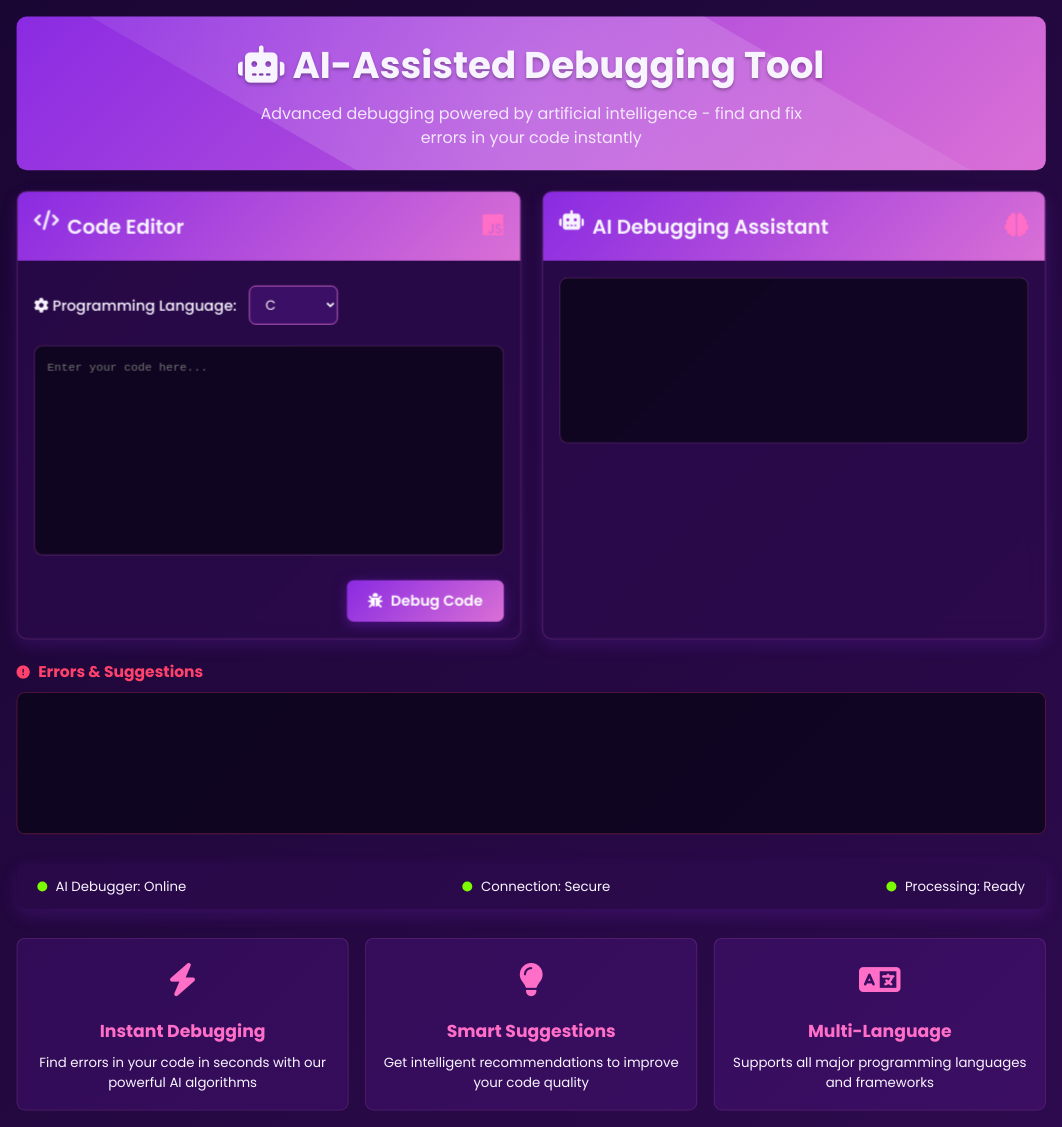
Repository: ujjwalkathait/AI-Asissted_Debugging_tool
Page: Frontend/public/index.html
An editor plug-in stored every save of this project. The page is shown before and after the next save, followed by the edit.
The browser window is 1280 px wide. The pictures show the whole page, at 83% of full size.

Above is the page before, as saved 2025-07-13 23:10:22.

### Frontend/public/index.html
<!DOCTYPE html>
<html lang="en">
<head>
    <meta charset="UTF-8">
    <meta name="viewport" content="width=device-width, initial-scale=1.0">
    <title>AI-Assisted Debugging Tool</title>
    <link href="https://fonts.googleapis.com/css2?family=Poppins:wght@300;400;500;600;700&display=swap" rel="stylesheet">
    <link rel="stylesheet" href="https://cdnjs.cloudflare.com/ajax/libs/font-awesome/6.4.0/css/all.min.css">
    <link rel="stylesheet" href="style.css">
</head>
<body>
    <div class="container">
        <header>
            <h1><i class="fas fa-robot"></i> AI-Assisted Debugging Tool</h1>
            <p>Advanced debugging powered by artificial intelligence - find and fix errors in your code instantly</p>
        </header>

        <div class="main-content">
            <div class="panel">
                <div class="panel-header">
                    <div class="panel-title">
                        <i class="fas fa-code floating"></i>
                        <span>Code Editor</span>
                    </div>
                    <div class="language-icon">
                        <i class="fab fa-js"></i>
                    </div>
                </div>
                <div class="panel-body">
                    <div class="editor-container">
                        <div class="language-selector">
                            <label for="language-select"><i class="fas fa-cog"></i> Programming Language:</label>
                            <select id="language-select">
                                <option>C</option>
                                <option>C++</option>
                                <option>Python</option>
                                <option>Java</option>
                            </select>
                        </div>
                        <textarea class="code-editor" id="code-input" placeholder="Enter your code here..."></textarea>
                        <button class="debug-btn" id="debug-button">
                            <i class="fas fa-bug"></i> Debug Code
                        </button>
                    </div>
                </div>
            </div>

            <div class="panel">
                <div class="panel-header">
                    <div class="panel-title">
                        <i class="fas fa-robot floating"></i>
                        <span>AI Debugging Assistant</span>
                    </div>
                    <div class="language-icon">
                        <i class="fas fa-brain"></i>
                    </div>
                </div>
                <div class="panel-body">
                    <div class="output-container">
                        <div class="ai-output" id="debug-output"></div>

                    </div>
                </div>
            </div>
        </div>
        <div class="error-container">
            <div class="error-header">
                <i class="fas fa-exclamation-circle"></i>
                <h3>Errors & Suggestions</h3>
            </div>
            <div class="error-box" id="error-output"></div>
        </div>

        <div class="status-bar">
            <div class="status-item">
                <div class="status-indicator"></div>
                <span>AI Debugger: Online</span>
            </div>
            <div class="status-item">
                <div class="status-indicator"></div>
                <span>Connection: Secure</span>
            </div>
            <div class="status-item">
                <div class="status-indicator"></div>
                <span>Processing: Ready</span>
            </div>
        </div>

        <div class="feature-grid">
            <div class="feature-card">
                <div class="feature-icon">
                    <i class="fas fa-bolt"></i>
                </div>
                <h3>Instant Debugging</h3>
                <p>Find errors in your code in seconds with our powerful AI algorithms</p>
            </div>
            <div class="feature-card">
                <div class="feature-icon">
                    <i class="fas fa-lightbulb"></i>
                </div>
                <h3>Smart Suggestions</h3>
                <p>Get intelligent recommendations to improve your code quality</p>
            </div>
            <div class="feature-card">
                <div class="feature-icon">
                    <i class="fas fa-language"></i>
                </div>
                <h3>Multi-Language</h3>
                <p>Supports all major programming languages and frameworks</p>
            </div>
        </div>
    </div>

    <script src="script.js"></script>
</body>
</html>

### Frontend/public/style.css
:root {
    --primary: #8A2BE2;
    --secondary: #DA70D6;
    --accent: #FF6EC7;
    --dark: #2D0A4D;
    --light: #F8F4FF;
    --text: #4A2A7C;
    --success: #7CFC00;
    --error: #FF416C;
    --border-radius: 12px;
    --transition: all 0.3s ease;
    --box-shadow: 0 8px 20px rgba(138, 43, 226, 0.2);
    --gradient: linear-gradient(135deg, var(--primary), var(--secondary));
}

* {
    margin: 0;
    padding: 0;
    box-sizing: border-box;
    font-family: 'Poppins', sans-serif;
}

body {
    background: linear-gradient(135deg, #1a0633, #2d0a4d);
    color: var(--light);
    min-height: 100vh;
    padding: 20px;
    display: flex;
    justify-content: center;
    align-items: center;
}

.container {
    width: 100%;
    max-width: 1600px;
    display: flex;
    flex-direction: column;
    gap: 25px;
}

header {
    text-align: center;
    padding: 25px;
    background: var(--gradient);
    border-radius: var(--border-radius);
    box-shadow: var(--box-shadow);
    animation: pulse 3s infinite;
    position: relative;
    overflow: hidden;
}

header::before {
    content: "";
    position: absolute;
    top: -50%;
    left: -50%;
    width: 200%;
    height: 200%;
    background: radial-gradient(circle, rgba(255,255,255,0.2) 0%, rgba(255,255,255,0) 70%);
    transform: rotate(30deg);
}

header h1 {
    font-size: 2.8rem;
    font-weight: 700;
    margin-bottom: 10px;
    text-shadow: 0 2px 4px rgba(0,0,0,0.3);
    position: relative;
}

header p {
    font-size: 1.2rem;
    opacity: 0.9;
    max-width: 700px;
    margin: 0 auto;
    position: relative;
}

.main-content {
    display: flex;
    gap: 25px;
    height: 75vh;
}

.panel {
    background: rgba(45, 10, 77, 0.7);
    backdrop-filter: blur(10px);
    border-radius: var(--border-radius);
    box-shadow: var(--box-shadow);
    overflow: hidden;
    display: flex;
    flex-direction: column;
    border: 1px solid rgba(218, 112, 214, 0.3);
    flex: 1;
}

.panel-header {
    padding: 20px;
    background: var(--gradient);
    display: flex;
    justify-content: space-between;
    align-items: center;
}

.panel-title {
    font-size: 1.5rem;
    font-weight: 600;
    display: flex;
    align-items: center;
    gap: 10px;
}

.panel-body {
    padding: 20px;
    flex: 1;
    display: flex;
    flex-direction: column;
    overflow: hidden;
}

.editor-container {
    flex: 1;
    display: flex;
    flex-direction: column;
    gap: 15px;
}

.language-selector {
    display: flex;
    align-items: center;
    gap: 15px;
    padding: 10px 0;
}

.language-selector label {
    font-size: 1.1rem;
    font-weight: 500;
}

select {
    padding: 10px 15px;
    background: rgba(138, 43, 226, 0.2);
    border: 1px solid var(--secondary);
    border-radius: 8px;
    color: white;
    font-size: 1rem;
    cursor: pointer;
    transition: var(--transition);
    outline: none;
}

select:focus {
    box-shadow: 0 0 0 3px rgba(218, 112, 214, 0.4);
}

.code-editor {
    flex: 1;
    background: rgba(10, 5, 25, 0.8);
    border-radius: 10px;
    border: 1px solid rgba(218, 112, 214, 0.3);
    padding: 15px;
    font-family: 'Courier New', monospace;
    font-size: 14px;
    color: #E6D4FF;
    line-height: 1.5;
    resize: none;
    transition: var(--transition);
}

.code-editor:focus {
    border-color: var(--accent);
    box-shadow: 0 0 0 3px rgba(255, 110, 199, 0.2);
}

.debug-btn {
    padding: 12px 25px;
    background: var(--gradient);
    color: white;
    border: none;
    border-radius: 8px;
    font-size: 1.1rem;
    font-weight: 600;
    cursor: pointer;
    transition: var(--transition);
    display: flex;
    align-items: center;
    justify-content: center;
    gap: 10px;
    margin-top: 15px;
    align-self: flex-end;
    box-shadow: 0 4px 15px rgba(138, 43, 226, 0.4);
}

.debug-btn:hover {
    transform: translateY(-3px);
    box-shadow: 0 6px 20px rgba(138, 43, 226, 0.6);
}

.debug-btn:active {
    transform: translateY(1px);
}

.output-container {
    flex: 1;
    display: flex;
    flex-direction: column;
    gap: 15px;
    overflow: hidden;
}

.ai-output {
    background: rgba(10, 5, 25, 0.8);
    border-radius: 10px;
    border: 1px solid rgba(218, 112, 214, 0.3);
    padding: 15px;
    font-family: 'Courier New', monospace;
    font-size: 14px;
    color: #E6D4FF;
    line-height: 1.5;
    overflow-y: auto;
    height: 200px;
}

.error-container {
    display: flex;
    flex-direction: column;
    gap: 10px;
    height: 210px;
}

.error-header {
    display: flex;
    align-items: center;
    gap: 10px;
    color: var(--error);
}

.error-box {
    background: rgba(10, 5, 25, 0.8);
    border-radius: 10px;
    border: 1px solid rgba(255, 65, 108, 0.3);
    padding: 15px;
    font-family: 'Courier New', monospace;
    font-size: 14px;
    color: #FFA8BA;
    line-height: 1.5;
    overflow-y: auto;
    height: 100%;
}
.error-box pre{
    margin: 0;
    white-space: pre-wrap;
    word-break: break-word;

}
.status-bar {
    display: flex;
    justify-content: space-between;
    padding: 15px 25px;
    background: rgba(45, 10, 77, 0.7);
    border-radius: var(--border-radius);
    box-shadow: var(--box-shadow);
    margin-top: 10px;
}

.status-item {
    display: flex;
    align-items: center;
    gap: 10px;
}

.status-indicator {
    width: 12px;
    height: 12px;
    border-radius: 50%;
    background: var(--success);
}

.status-indicator.error {
    background: var(--error);
}

.language-icon {
    font-size: 1.8rem;
    color: var(--accent);
}

.feature-grid {
    display: grid;
    grid-template-columns: repeat(3, 1fr);
    gap: 20px;
    margin-top: 10px;
}

.feature-card {
    background: rgba(138, 43, 226, 0.15);
    border-radius: 10px;
    padding: 20px;
    text-align: center;
    transition: var(--transition);
    border: 1px solid rgba(218, 112, 214, 0.2);
}

.feature-card:hover {
    transform: translateY(-5px);
    background: rgba(138, 43, 226, 0.25);
    box-shadow: 0 8px 20px rgba(138, 43, 226, 0.3);
}

.feature-icon {
    font-size: 2.5rem;
    color: var(--accent);
    margin-bottom: 15px;
}

.feature-card h3 {
    font-size: 1.3rem;
    margin-bottom: 10px;
    color: var(--accent);
}

/* Animations */
@keyframes pulse {
    0% { box-shadow: 0 0 0 0 rgba(138, 43, 226, 0.6); }
    70% { box-shadow: 0 0 0 15px rgba(138, 43, 226, 0); }
    100% { box-shadow: 0 0 0 0 rgba(138, 43, 226, 0); }
}

@keyframes float {
    0% { transform: translateY(0px); }
    50% { transform: translateY(-10px); }
    100% { transform: translateY(0px); }
}

.floating {
    animation: float 3s ease-in-out infinite;
}

/* Scrollbar styling */
::-webkit-scrollbar {
    width: 8px;
}

::-webkit-scrollbar-track {
    background: rgba(45, 10, 77, 0.3);
    border-radius: 4px;
}

::-webkit-scrollbar-thumb {
    background: var(--secondary);
    border-radius: 4px;
}

::-webkit-scrollbar-thumb:hover {
    background: var(--accent);
}

/* Responsive design */
@media (max-width: 1200px) {
    .main-content {
        flex-direction: column;
        height: auto;
    }

    .feature-grid {
        grid-template-columns: repeat(2, 1fr);
    }
}

@media (max-width: 768px) {
    .feature-grid {
        grid-template-columns: 1fr;
    }

    header h1 {
        font-size: 2.2rem;
    }

    .panel-header {
        padding: 15px;
    }
}

### Frontend/public/script.js
// document.addEventListener('DOMContentLoaded', function () {
//     const debugBtn = document.getElementById('debug-button');
//     const codeInput = document.getElementById('code-input');
//     const debugOutput = document.getElementById('debug-output');
//     const errorOutput = document.getElementById('error-output');
//     const languageSelect = document.getElementById('language-select');
//     const languageIcon = document.querySelector('.language-icon i');

//     // Language icons mapping
//     const languageIcons = {
//         'JavaScript': 'fab fa-js',
//         'Python': 'fab fa-python',
//         'Java': 'fab fa-java',
//         'C++': 'fas fa-c++',
//         'C': 'fas fa-c',
//         'TypeScript': 'fas fa-code',
//         'PHP': 'fab fa-php',
//         'Ruby': 'fas fa-gem'
//     };

//     // Update language icon when selection changes
//     languageSelect.addEventListener('change', function () {
//         const lang = this.value;
//         languageIcon.className = languageIcons[lang] || 'fas fa-code';
//     });

//     // Debug button functionality
//     debugBtn.addEventListener('click', async function () {
//         const code = codeInput.value.trim();
//         const language = languageSelect.value;

//         if (!code) {
//             errorOutput.innerHTML = `<pre style="color:orange;">⚠️ Please enter some code before debugging.</pre>`;
//             return;
//         }

//         // UI feedback
//         debugBtn.innerHTML = '<i class="fas fa-spinner fa-spin"></i> Debugging...';
//         debugBtn.disabled = true;
//         debugOutput.textContent = '';
//         errorOutput.innerHTML = '';

//         try {
//             const response = await fetch("http://localhost:3000/debug", {
//                 method: "POST",
//                 headers: {
//                     "Content-Type": "application/json"
//                 },
//                 body: JSON.stringify({ code, language })
//             });

//             if (!response.ok) {
//                 throw new Error("Server error while debugging.");
//             }

//             const result = await response.json();

//             // Show corrected code
//             // debugOutput.textContent = result.fixedCode || "// No corrections found.";
//             debugOutput.innerHTML = `<pre>${result.fixedCode || "// No corrections found."}</pre>`;


//             // Show errors or success
//             if (result.errors) {
//                 errorOutput.innerHTML = `<pre style="color:red;">${result.errors}</pre>`;
//             } else {
//                 errorOutput.innerHTML = `<pre style="color:lightgreen;">✅ No syntax errors detected.</pre>`;
//             }

//         } catch (err) {
//             errorOutput.innerHTML = `<pre style="color:red;">⚠️ Error: ${err.message}</pre>`;
//         } finally {
//             // Reset button state
//             debugBtn.innerHTML = '<i class="fas fa-bug"></i> Debug Code';
//             debugBtn.disabled = false;
//             debugBtn.style.background = 'linear-gradient(135deg, #00c853, #7cfc00)';
//             setTimeout(() => {
//                 debugBtn.style.background = 'var(--gradient)';
//             }, 2000);
//         }
//     });

//     // Add example code on first click (optional)
//     codeInput.addEventListener('click', function () {
//         if (this.value === '') {
//             this.value = '';
//         }
//     });
// });

document.addEventListener('DOMContentLoaded', function () {
    const debugBtn = document.getElementById('debug-button');
    const codeInput = document.getElementById('code-input');
    const debugOutput = document.getElementById('debug-output');
    const errorOutput = document.getElementById('error-output');
    const languageSelect = document.getElementById('language-select');
    const languageIcon = document.querySelector('.language-icon i');

    const languageIcons = {
        'JavaScript': 'fab fa-js',
        'Python': 'fab fa-python',
        'Java': 'fab fa-java',
        'C++': 'fas fa-c++',
        'C': 'fas fa-c',
        'TypeScript': 'fas fa-code',
        'PHP': 'fab fa-php',
        'Ruby': 'fas fa-gem'
    };

    languageSelect.addEventListener('change', function () {
        const lang = this.value;
        languageIcon.className = languageIcons[lang] || 'fas fa-code';
    });

    debugBtn.addEventListener('click', async function () {
        const code = codeInput.value.trim();
        const language = languageSelect.value;

        if (!code) {
            errorOutput.innerHTML = `<pre style="color:orange;">⚠️ Please enter some code before debugging.</pre>`;
            return;
        }

        debugBtn.innerHTML = '<i class="fas fa-spinner fa-spin"></i> Debugging...';
        debugBtn.disabled = true;
        debugOutput.textContent = '';
        errorOutput.innerHTML = '';

        try {
            const response = await fetch("http://localhost:3000/debug", {
                method: "POST",
                headers: {
                    "Content-Type": "application/json"
                },
                body: JSON.stringify({ code, language })
            });

            if (!response.ok) {
                throw new Error("Server error while debugging.");
            }

            const result = await response.json();

            debugOutput.innerHTML = `<pre>${result.fixedCode || "// No corrections found."}</pre>`;

            if (result.errors) {
                errorOutput.innerHTML = `<pre style="color:red;">${result.errors}</pre>`;
            } else {
                errorOutput.innerHTML = `<pre style="color:lightgreen;">✅ No syntax errors detected.</pre>`;
            }

            if (result.explanation) {
                errorOutput.innerHTML += `<br><pre style="color:deepskyblue;">💡 Gemini says: ${result.explanation}</pre>`;
            }

        } catch (err) {
            errorOutput.innerHTML = `<pre style="color:red;">⚠️ Error: ${err.message}</pre>`;
        } finally {
            debugBtn.innerHTML = '<i class="fas fa-bug"></i> Debug Code';
            debugBtn.disabled = false;
            debugBtn.style.background = 'linear-gradient(135deg, #00c853, #7cfc00)';
            setTimeout(() => {
                debugBtn.style.background = 'var(--gradient)';
            }, 2000);
        }
    });

    codeInput.addEventListener('click', function () {
        if (this.value === '') {
            this.value = '';
        }
    });
});

After the next save:
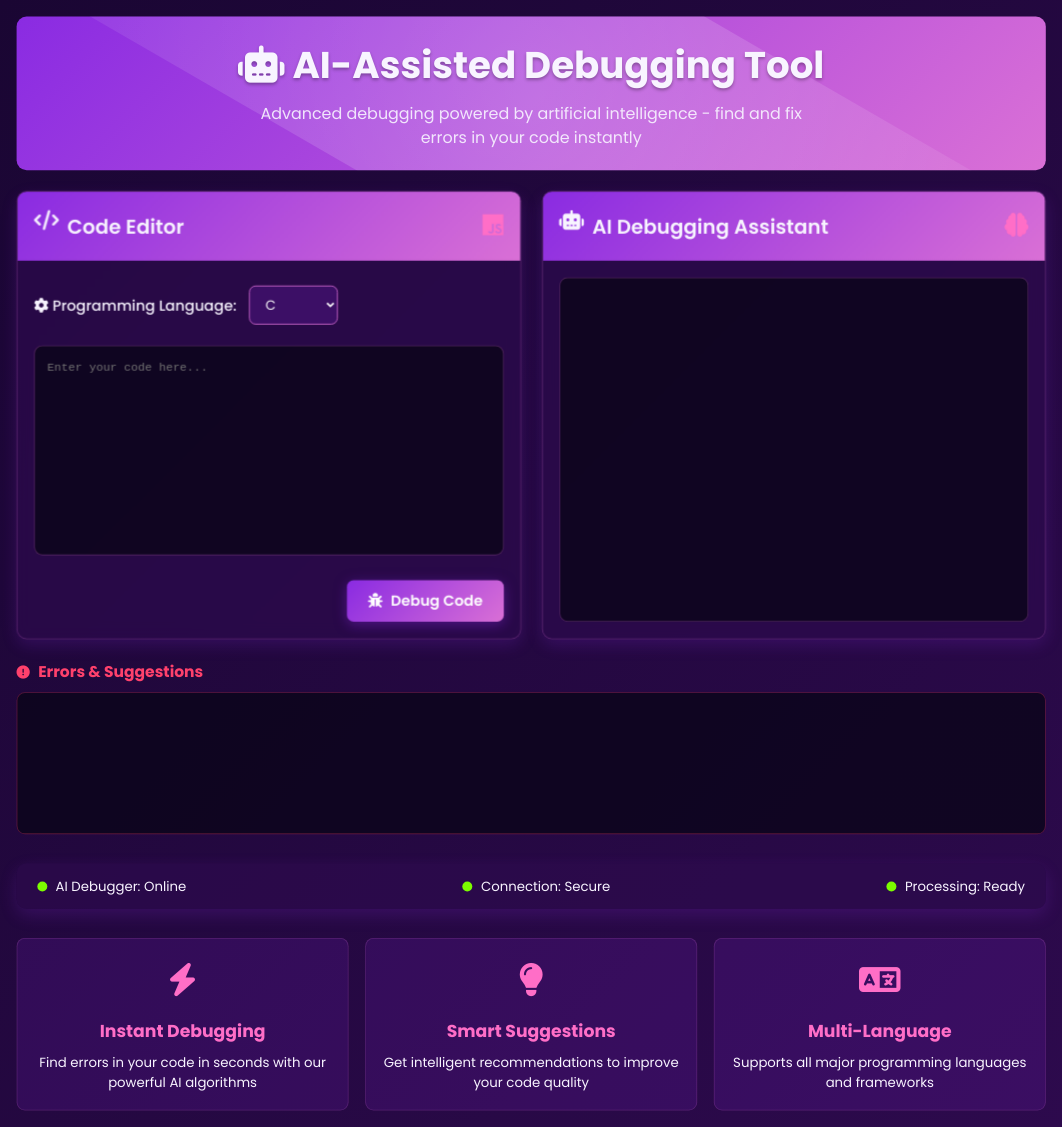
Saved 32 s later.
--- a/Frontend/public/style.css
+++ b/Frontend/public/style.css
@@ -218,7 +218,7 @@ select:focus {
     color: #E6D4FF;
     line-height: 1.5;
     overflow-y: auto;
-    height: 200px;
+    height: 100%;
 }
 
 .error-container {
